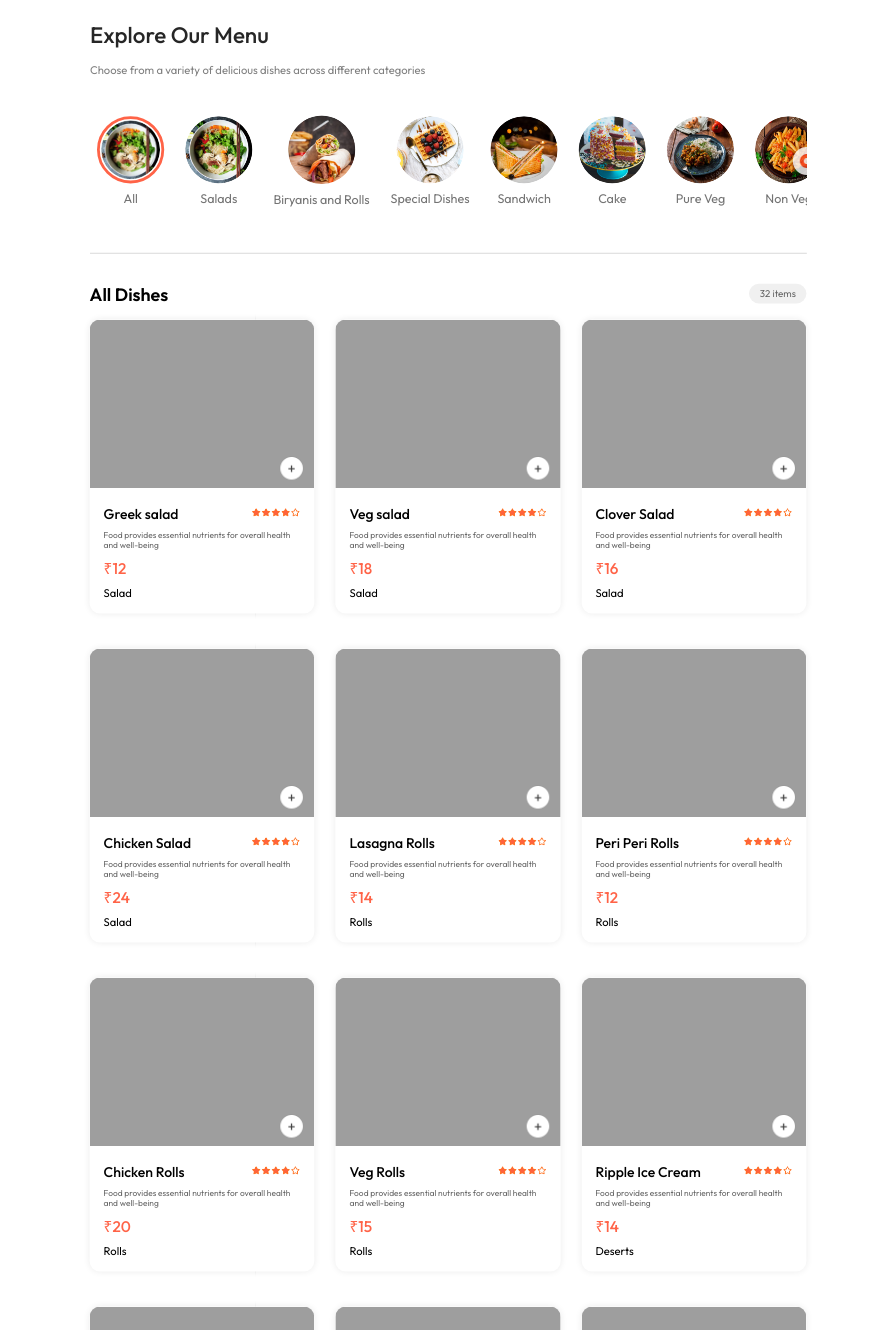
Repository: keyursanglikar/Hotel-Manangement
Page: / (app in frontend/)
The author's editor kept a copy of each file at every save. The page is drawn from the files as they stood at one save, then again after the next save.
The browser window is 1280 px wide. The pictures show the part of the page from y = 609 to 2509 px (the page is 9373 px tall), at 70% of full size.
The page's requests for data from a server got no answer. The project was rebuilt for these pictures with package versions that can differ from the ones it lists, and the page was loaded fresh each time. No one was signed in, and anything a server would have sent is missing. Also part of the build but not shown: frontend/vite.config.js, frontend/src/pages/Cart/Cart.css, frontend/src/pages/Cart/Cart.jsx, frontend/src/pages/PlaceOrder/PlaceOrder.jsx, frontend/src/components/LoginPopup/LoginPopup.css, frontend/src/components/LoginPopup/LoginPopup.jsx, frontend/src/pages/Verify/Verify.css, frontend/src/pages/Verify/Verify.jsx and 2 more.

Above is the page before, as saved 2025-12-04 23:24:10.

After the next save:
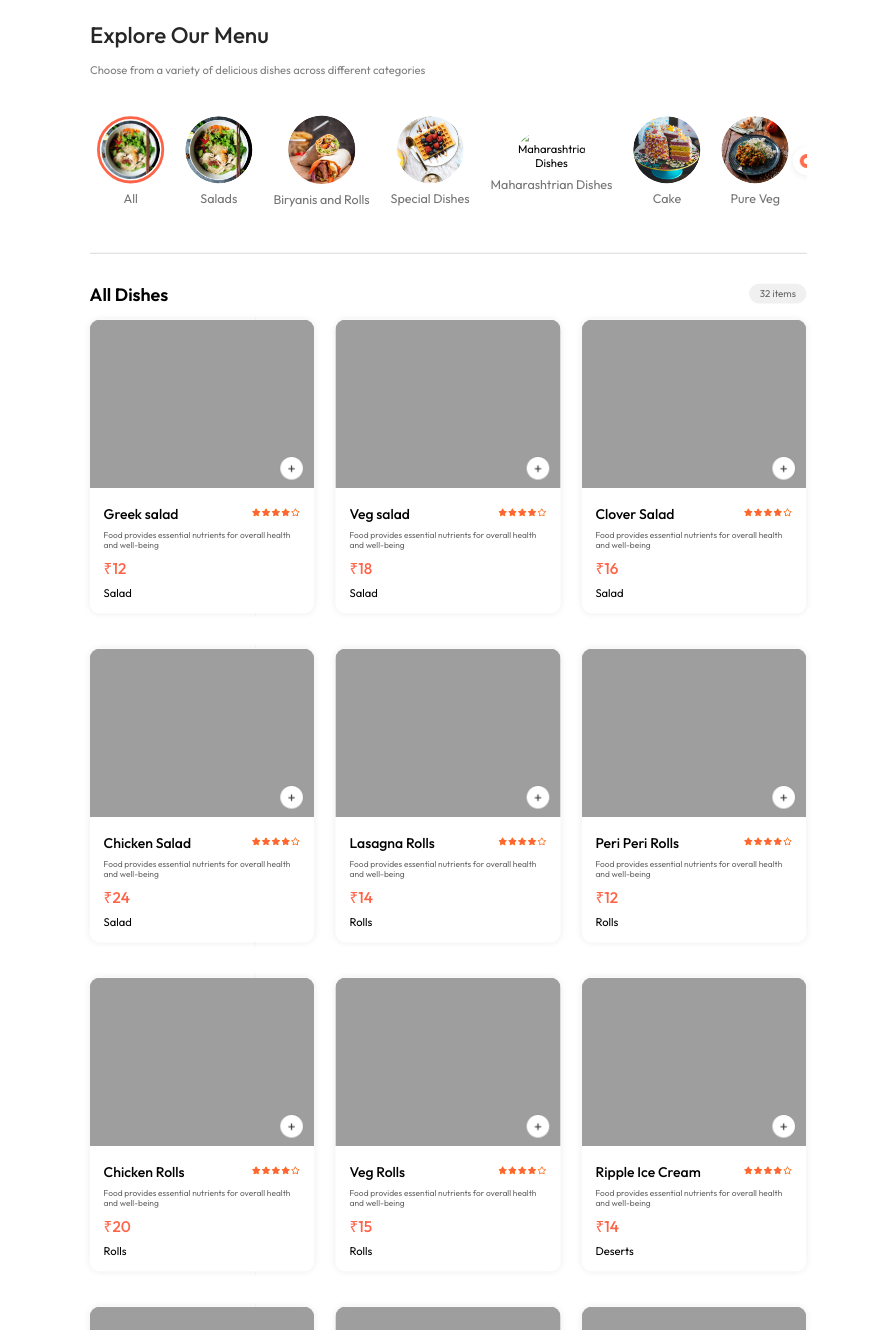
Saved 24 s later.
--- a/frontend/src/components/ExploreMenu/ExploreMenu.jsx
+++ b/frontend/src/components/ExploreMenu/ExploreMenu.jsx
@@ -44,7 +44,7 @@ const ExploreMenu = ({ category, setCategory }) => {
     "Salads",
     "Biryanis and Rolls",
     "Special Dishes",
-    "Sandwich",
+    "Maharashtrian Dishes",
     "Cake",
     "Pure Veg",
     "Non Veg",
